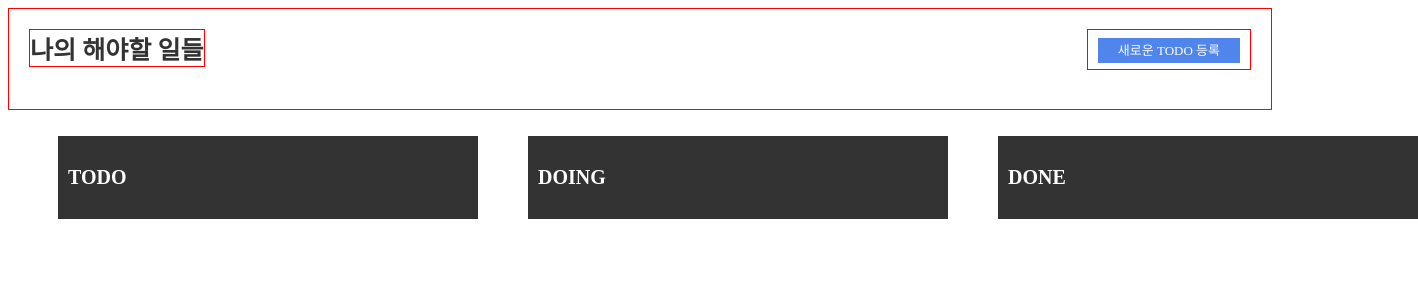
Repository: estellechoi/jsp-project-todo
Page: http://localhost/todo/MainServlet
These files come from the project's save history. The page is drawn as it stood at one moment and after the next save; the edit follows.
The browser window is 1280 px wide. The page is 1418 px wide, so the pictures cover 1418 px, including what lies to the right of the window. The pictures show the whole page.
The page is served by Tomcat 9. Other server files are loaded and not shown. Queries for data that is not in the repository find no rows.

Above is the page before, as saved 2019-12-08 07:53:26.

### todo/src/main/webapp/jsp/main.jsp
<%@page import="kr.co.todo.dto.TodoDto"%>
<%@page import="java.util.List"%>
<%@ page language="java" contentType="text/html; charset=UTF-8"
    pageEncoding="UTF-8"%>
<%@ taglib prefix="c" uri="http://java.sun.com/jsp/jstl/core" %>

<!DOCTYPE html>
<html>
<head>
<meta charset="UTF-8">
<title>나의 해야할 일들</title>
<style>
	section {
		display: flex;
	}

	ul {
		margin-left: 10px;
	}

	li {
		list-style-type: none;
		margin-top: 10px;
	}

	header {
  		height: 60px;
 		padding: 20px 20px 20px 20px;
		border: 1px solid red;
	}

	#header_logo {
		color: #333333;
		font-weight: bold;
		font-size: 25px;
		float: left;
		border: 1px solid red;
	}

	#header_btns {
		float: right;
		padding: 10px;
		border: 1px solid red;
	}

	#header_btns > #btn_skyblue_white {
		background: #5085EB;
		color: white;
		padding: 5px 20px;
		text-decoration: none;
		font-size: 13px;
	}

	.type_columns {
		width: 400px;
		padding: 30px 10px;
		background: #333333;
		color: white;
		font-size: 20px;
		font-weight: bold;
	}

	.content_list {
		position: relative;
		width: 400px;
		padding: 20px 10px;
		background: #d2d2d2;
		color: #333333;
	}

	.title {
		font-weight: bold;
		letter-spacing: 2px;
	}

	.content {
		font-size: 13px;
		margin-top: 20px;
	}
	.btn_update {
		position: absolute;
		top: 50px;
		left: 370px;
		text-decoration: none;
		color: #333333;
		font-weight: bold;
	}
	.btn_delete {
		position: absolute;
		top: 50px;
		left: 370px;
		text-decoration: none;
		color: #ED6653;
		font-weight: bold;
	}

</style>
</head>
<body>
	<header>
		<div id="header_logo">나의 해야할 일들</div>
		<nav id="header_btns">
			<a id="btn_skyblue_white" href="TodoFormServlet">새로운 TODO 등록</a>
		</nav>
	</header>
	<!-- section 시작  -->
	<section>
		<!-- TODO -->
		<ul id="todo">
			<li class="type_columns">TODO</li>
			<c:forEach items="${requestScope.getTodos}" var="todoDto">
				<!-- todoDto.type 이 'TODO' 인 것만 출력 -->
				<c:if test="${todoDto.type eq 'TODO'}">
					<li class="content_list" id="${todoDto.id}">
						<span class="title">${todoDto.title}</span> <br />
						<span class="content">등록날짜 : ${todoDto.regDate}, ${todoDto.name}, 우선순위 ${todoDto.sequence}</span>
						<a class="btn_update" href="javascript:updateType('${todoDto.id}', '${todoDto.type}')">변경</a>
					</li>
				</c:if>
			</c:forEach>
		</ul>
		<!-- DOING -->
		<ul id="doing">
			<li class="type_columns">DOING</li>
			<c:forEach items="${requestScope.getTodos}" var="todoDto">
				<!-- 'DOING' 인 것만 출력 -->
				<c:if test="${todoDto.type eq 'DOING'}">
					<li class="content_list" id="${todoDto.id}">
						<span class="title">${todoDto.title}</span> <br />
						<span class="content">등록날짜 : ${todoDto.regDate}, ${todoDto.name}, 우선순위 ${todoDto.sequence}</span>
						<a class="btn_update" href="javascript:updateType('${todoDto.id}', '${todoDto.type}')">완료</a>
					</li>
				</c:if>
			</c:forEach>
		</ul>
		<!-- DONE -->
		<ul id="done">
			<li class="type_columns">DONE</li>
			<c:forEach items="${requestScope.getTodos}" var="todoDto">
				<!-- 'DONE' 인 것만 -->
				<c:if test="${todoDto.type eq 'DONE'}">
					<li class="content_list" id="${todoDto.id}">
						<span class="title">${todoDto.title}</span> <br />
						<span class="content">등록날짜 : ${todoDto.regDate}, ${todoDto.name}, 우선순위 ${todoDto.sequence}</span>
						<a class="btn_delete" href="javascript:updateType('${todoDto.id}', '${todoDto.type}')">지우기</a>
					</li>
				</c:if>
			</c:forEach>
		</ul>
	</section>
	<!-- js 경로를 찾을 때 ContextPath 넣지 않는 방법은 ? -->
	<script type="text/javascript" src="<%=request.getContextPath()%>/etc/updatelist.js"></script>
</body>
</html>

### todo/src/main/java/kr/co/todo/servlet/MainServlet.java
package kr.co.todo.servlet;

import java.io.IOException;
import java.sql.SQLException;
import java.util.List;

import javax.servlet.RequestDispatcher;
import javax.servlet.ServletException;
import javax.servlet.annotation.WebServlet;
import javax.servlet.http.HttpServlet;
import javax.servlet.http.HttpServletRequest;
import javax.servlet.http.HttpServletResponse;

import kr.co.todo.dao.TodoDao;
import kr.co.todo.dto.TodoDto;

@WebServlet("/MainServlet")
public class MainServlet extends HttpServlet {
	private static final long serialVersionUID = 1L;

	public MainServlet() {
		super();

	}

	protected void doGet(HttpServletRequest request, HttpServletResponse response)
			throws ServletException, IOException {

		TodoDao todoDao = new TodoDao();

		// 모든 레코드 조회
		List<TodoDto> list = todoDao.getTodos();
		request.setAttribute("getTodos", list);

		// main.jsp 로 포워드 하기
		RequestDispatcher requestDispatcher = request.getRequestDispatcher("/jsp/main.jsp");
		requestDispatcher.forward(request, response);

	}

}

### todo/src/main/java/kr/co/todo/dao/TodoDao.java
package kr.co.todo.dao;

import java.sql.Connection;
import java.sql.DriverManager;
import java.sql.PreparedStatement;
import java.sql.ResultSet;
import java.sql.SQLException;
import java.sql.Statement;
import java.util.ArrayList;
import java.util.List;

import kr.co.todo.dto.TodoDto;

public class TodoDao {

	String dbUrl = "jdbc:mysql://localhost:3306/youjin?useSSL=false&serverTimezone=UTC&autoReconnection=true";
	String dbUser = "estellechoi";
	String dbPwd = "yk0425";

	// Main.jsp 에 표시될 전체 toto 목록
	public List<TodoDto> getTodos() {

		// 드라이버 로드
		try {
			Class.forName("com.mysql.cj.jdbc.Driver");
		} catch (ClassNotFoundException e) {
			e.printStackTrace();
		}

		List<TodoDto> list = new ArrayList<TodoDto>();

		String sql = "select id, name, regdate, sequence, title, type from todo";

		try (Connection conn = DriverManager.getConnection(dbUrl, dbUser, dbPwd);
				Statement stmt = conn.createStatement()){

			try (ResultSet rs = stmt.executeQuery(sql)) {
				while (rs.next()) {
					TodoDto todoDto = new TodoDto(rs.getInt("id"), rs.getString("name"), rs.getString("regdate"), rs.getInt("sequence"), rs.getString("title"), rs.getString("type"));
					list.add(todoDto);
				}
			}
			catch (Exception e) {
				e.printStackTrace();
			}
		}
		catch (Exception e) {
			e.printStackTrace();
		}

		return list;
	}

	// 할 일 등록
	public int addTodo(TodoDto todoDto) {

		try {
			Class.forName("com.mysql.cj.jdbc.Driver");
		} catch (ClassNotFoundException e) {
			e.printStackTrace();
		}

		int insertCount = 0;
		String sql = "insert into todo(title, name, sequence, regdate) values(?,?,?, now())";

		try (Connection conn = DriverManager.getConnection(dbUrl, dbUser, dbPwd);
			PreparedStatement pstmt = conn.prepareStatement(sql)) {
				pstmt.setString(1, todoDto.getTitle());
				pstmt.setString(2, todoDto.getName());
				pstmt.setInt(3, todoDto.getSequence());
				insertCount = pstmt.executeUpdate(); // CREATE / DROP 관련 구문에서는 -1 을 반환
		}
		// what about nullpointerexception ?
		catch (SQLException e) {
			e.printStackTrace();
		}

		return insertCount;
	}

	public int updateTodo(TodoDto todoDto) {

		try {
			Class.forName("com.mysql.cj.jdbc.Driver");
		} catch (ClassNotFoundException e) {
			e.printStackTrace();
		}

		int updateCount = 0;
		String sql = "update todo set type = ? where id = ?";

		try (Connection conn = DriverManager.getConnection(dbUrl, dbUser, dbPwd);
				PreparedStatement pstmt = conn.prepareStatement(sql)){
			pstmt.setString(1, todoDto.getType());
			pstmt.setLong(2, todoDto.getId());
			updateCount = pstmt.executeUpdate();
		} catch (SQLException e) {
			e.printStackTrace();
		}

		return updateCount;
	}

	public int deleteTodo(long id) {
		try {
			Class.forName("com.mysql.cj.jdbc.Driver");
		} catch (ClassNotFoundException e) {
			e.printStackTrace();
		}

		int deleteCount =0;
		String sql = "delete from todo where id = " + id;

		try (Connection conn = DriverManager.getConnection(dbUrl, dbUser, dbPwd);
				Statement stmt = conn.createStatement()){
			deleteCount = stmt.executeUpdate(sql);
		}
		catch (SQLException e) {
			e.printStackTrace();
		}

		return deleteCount;
	}
}

### todo/src/main/webapp/etc/updatelist.js
/**
 *
 */

	function updateType(id, type) {

		var oReq = new XMLHttpRequest(); // oReq.UNSENT == 0

		// 이벤트 리스너 콜백함수 등록
		/*
		oReq.addEventListener("load", function() {
			if (this.responseText == "success") {
				// 프론트 처리
			}
		});
		*/

		// onreadystatechange 대신에 onload를 사용해도 됩니다. 요청 완료만 잡아내도 된다면요.
		oReq.onreadystatechange = function() {
			if (oReq.readyState == oReq.DONE) { // 요청이 완료되면 (oReq.DONE == 4)
				if (oReq.status == 200 || oReq.status == 201) {
					if (oReq.responseText == "success") {
						// responseText : 현재까지 읽은 응답의 전체 값을 반환
						// 프론트 처리
						alert(oReq.responseText);
						// 리스트 재정렬 함수 호출
						updateList(id, type);
					}
				}
				else {
					console.error(this.responseText);
				}
			}
		}

		oReq.open("GET", "TodoTypeServlet?id=" + id + "&type=" + type); // oReq.OPENED == 1
		oReq.send(); // oReq.HEADERS_RECEIVED (2) -> LOADING (3) -> DONE (4)
	}

	function updateList(id, type) {
		const targetList = document.getElementById(id);

		switch(type) {
		case "TODO" :
			document.querySelector("#todo").removeChild(targetList);
			document.querySelector("#doing").append(targetList);
			break;
		case "DOING" :
			document.querySelector("#doing").removeChild(targetList);
			document.querySelector("#done").append(targetList);
			break;
		case "DONE" :
			document.querySelector("#done").removeChild(targetList);
			break;
		default:
			break;

		}
	}

After the next save:
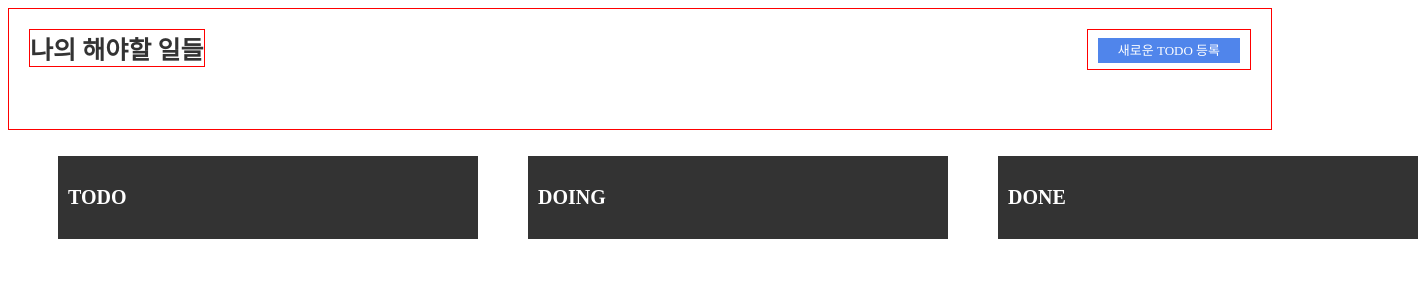
Saved 16 s later.
--- a/todo/src/main/webapp/jsp/main.jsp
+++ b/todo/src/main/webapp/jsp/main.jsp
@@ -24,7 +24,7 @@
 	}
 
 	header {
-  		height: 60px;
+  		height: 80px;
  		padding: 20px 20px 20px 20px;
 		border: 1px solid red;
 	}
